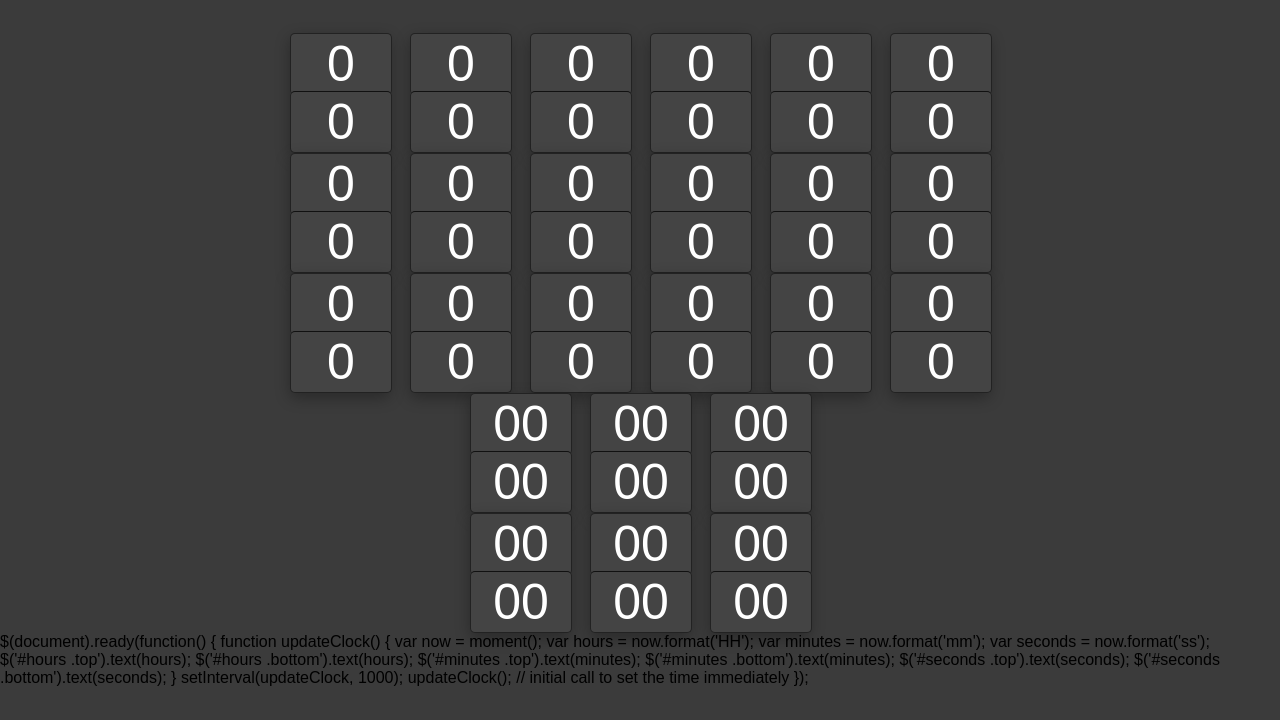
Repository: ThibautCptr/flip_clock
Page: index.html
The author's editor kept a copy of each file at every save. The page is drawn from the files as they stood at one save, then again after the next save.
The browser window is 1280 px wide. The pictures show the whole page.
Some web libraries are served in a nearby version.

Above is the page before, as saved 2024-09-18 18:46:27.
Console error: TypeError: $(...).FlipClock is not a function

After the next save:
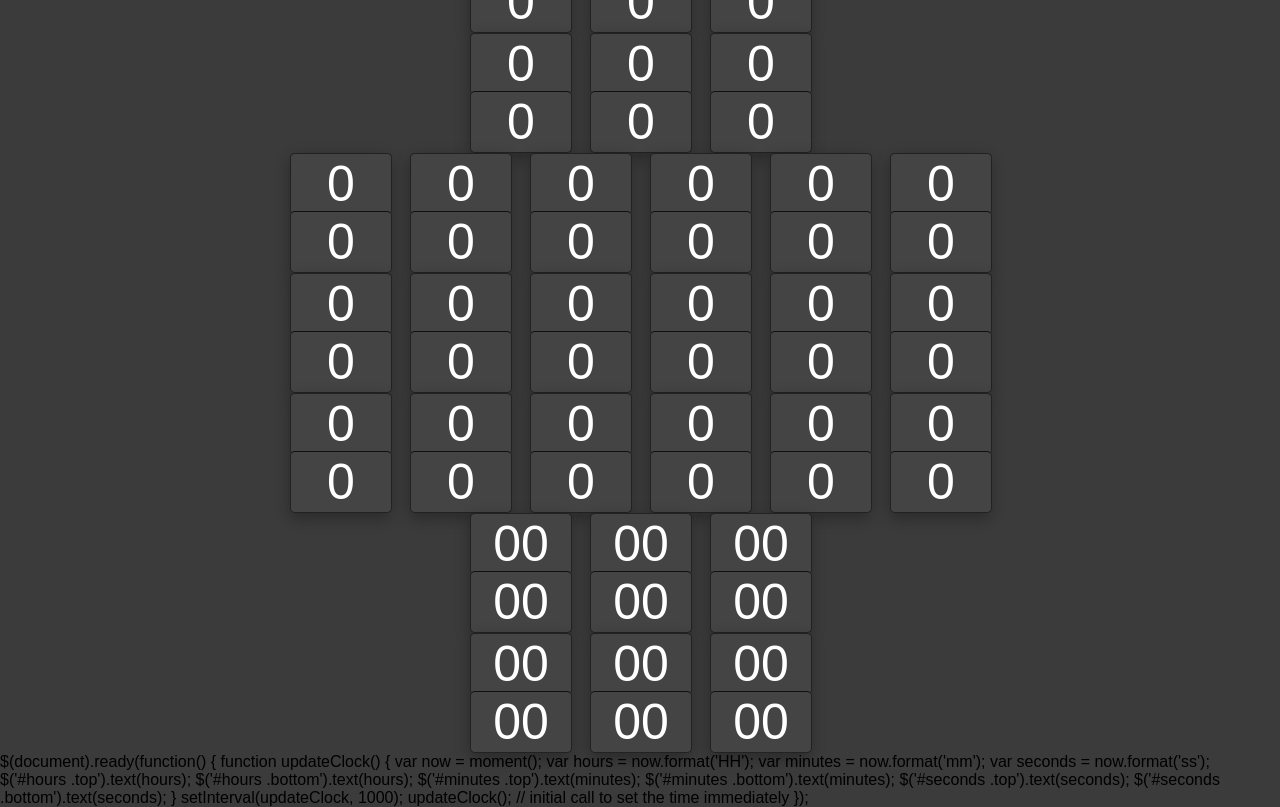
Saved 80 s later.
--- a/index.html
+++ b/index.html
@@ -1,3 +1,74 @@
+<!DOCTYPE html>
+<html lang="en">
+<head>
+    <meta charset="UTF-8">
+    <meta name="viewport" content="width=device-width, initial-scale=1.0">
+    <title>Flip Clock</title>
+    <link rel="stylesheet" href="./css/style.css">
+    <script src="https://code.jquery.com/jquery-3.5.1.min.js"></script>
+    <script src="./js/moment.js"></script>
+    <script src="./js/moment_tz.js"></script>
+    <script src="./js/script.js"></script>
+</head>
+<body>
+    <div class="clock">
+        <div class="time-unit" id="hours">
+            <div id="hours-tens" class="flip-unit">
+                <div class="flip-card">
+                    <div class="flip-card-inner">
+                        <div class="top">0</div>
+                        <div class="bottom">0</div>
+                    </div>
+                </div>
+            </div>
+            <div id="hours-units" class="flip-unit">
+                <div class="flip-card">
+                    <div class="flip-card-inner">
+                        <div class="top">0</div>
+                        <div class="bottom">0</div>
+                    </div>
+                </div>
+            </div>
+        </div>
+        <div class="time-unit" id="minutes">
+            <div id="minutes-tens" class="flip-unit">
+                <div class="flip-card">
+                    <div class="flip-card-inner">
+                        <div class="top">0</div>
+                        <div class="bottom">0</div>
+                    </div>
+                </div>
+            </div>
+            <div id="minutes-units" class="flip-unit">
+                <div class="flip-card">
+                    <div class="flip-card-inner">
+                        <div class="top">0</div>
+                        <div class="bottom">0</div>
+                    </div>
+                </div>
+            </div>
+        </div>
+        <div class="time-unit" id="seconds">
+            <div id="seconds-tens" class="flip-unit">
+                <div class="flip-card">
+                    <div class="flip-card-inner">
+                        <div class="top">0</div>
+                        <div class="bottom">0</div>
+                    </div>
+                </div>
+            </div>
+            <div id="seconds-units" class="flip-unit">
+                <div class="flip-card">
+                    <div class="flip-card-inner">
+                        <div class="top">0</div>
+                        <div class="bottom">0</div>
+                    </div>
+                </div>
+            </div>
+        </div>
+    </div>
+</body>
+</html>
 <!DOCTYPE html>
 <html lang="en">
 <head>
